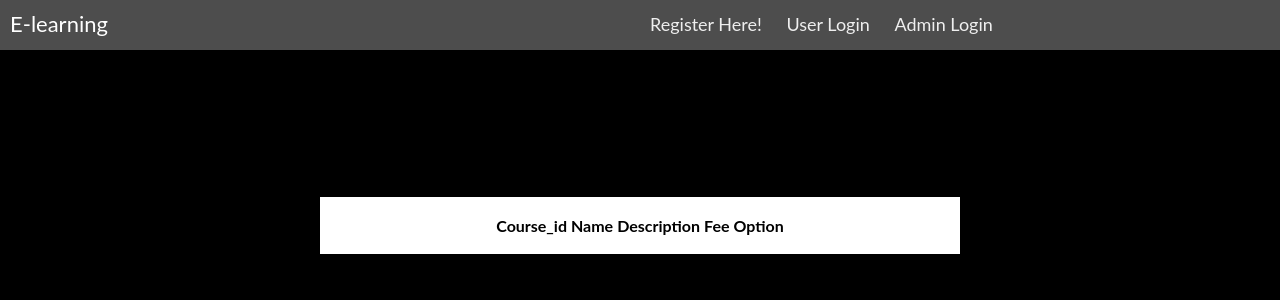
Repository: hemanthchallacs/learning_spring_boot
Page: http://localhost/courseList
An editor plug-in stored every save of this project. The page is shown before and after the next save, followed by the edit.
The browser window is 1280 px wide. The pictures show the whole page.
The page is this project's Thymeleaf template; nobody is signed in. The template is opened directly, without the code that normally fills it, so the values that code supplies are empty.

Above is the page before, as saved 2021-07-12 19:10:29.

After the next save:
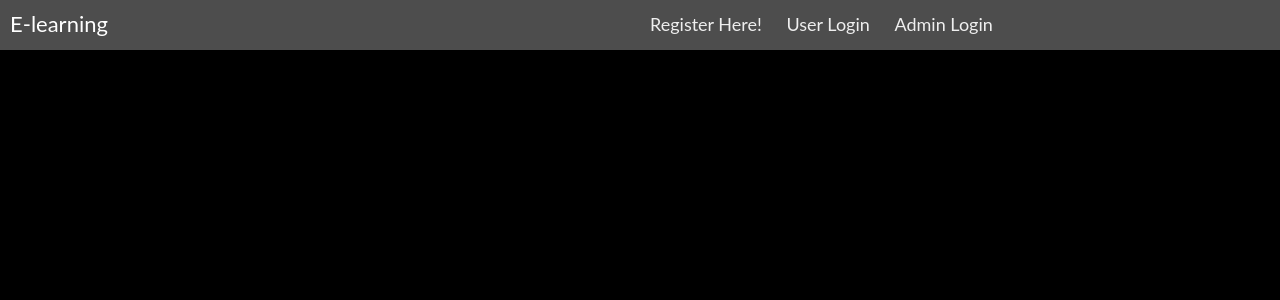
Saved 18 s later.
--- a/ver1_elearning/src/main/resources/templates/courseList.html
+++ b/ver1_elearning/src/main/resources/templates/courseList.html
@@ -319,7 +319,7 @@ h2 {
 <br><br>
 <h3>Course List</h3>
 <div style="width:100%;height:100px;border:0px solid #000;color:green;"><h2 style="float:right" th:text="${message}"></h2></div>
-<div class="container">
+<div >
 <table class="tablecontainer" >
 
 	<tr>
